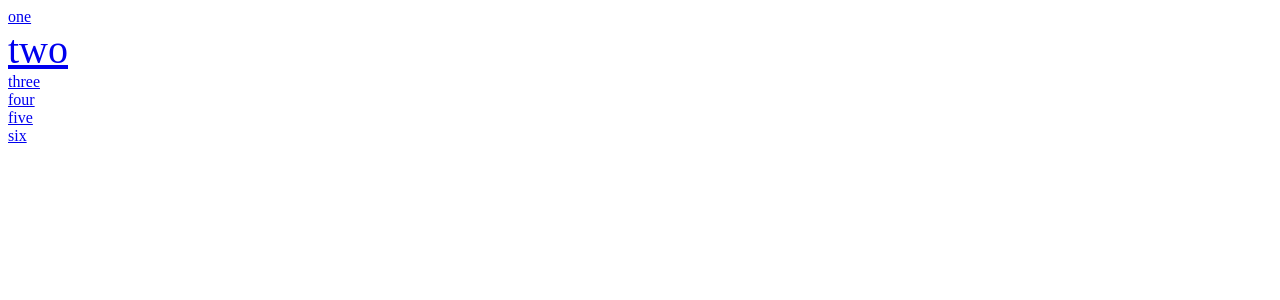
Repository: reddrinkbro/JSPStudy
Page: jQuery/WebContent/3속성선택자/13.html
These files come from the project's save history. The page is drawn as it stood at one moment and after the next save; the edit follows.
The browser window is 1280 px wide. The pictures show the whole page.

Above is the page before, as saved 2020-04-21 06:34:59.

After the next save:
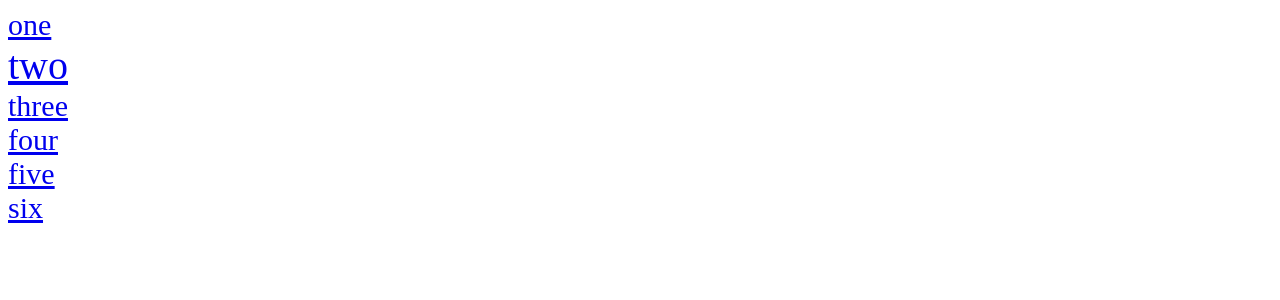
Saved 37 s later.
--- a/jQuery/WebContent/3속성선택자/13.html
+++ b/jQuery/WebContent/3속성선택자/13.html
@@ -27,6 +27,9 @@
 			//<a>태그 중에서 href속성값이 https://naver.com과 정확하게 일치하는 요소를 선택
 			$("a[href = 'https://naver.com']").css("font-size","40px");
 
+			//<a>태그 중에서 href속성값이 https://naver.com과 일치하지 않는 요소들을 선ㅌ개
+			$("a[href != 'https://naver.com']").css("font-size","30px");
+
 		});
 
 	</script>
